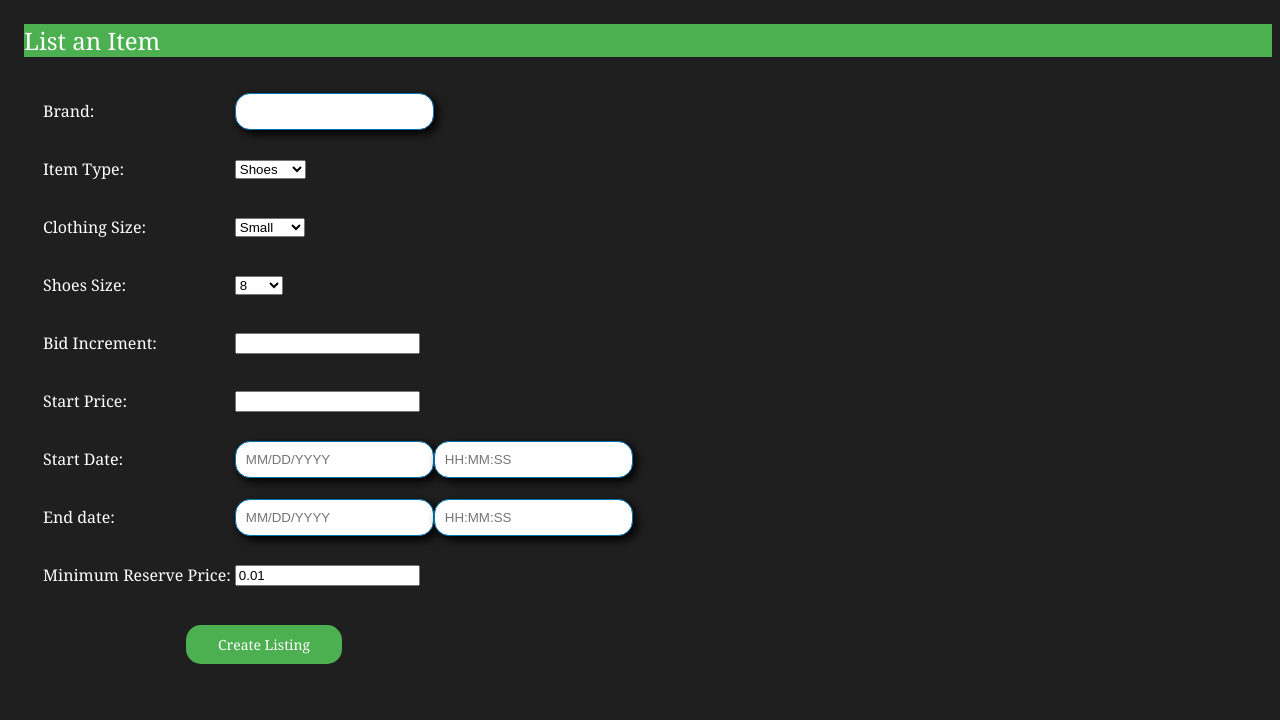
Repository: JephteyAdolphe/auction-system
Page: http://localhost/project/createListing.jsp
These files come from the project's save history. The page is drawn as it stood at one moment and after the next save; the edit follows.
The browser window is 1280 px wide. The pictures show the whole page.
The page is served by Tomcat 10.

Above is the page before, as saved 2021-04-04 12:05:03.

After the next save:
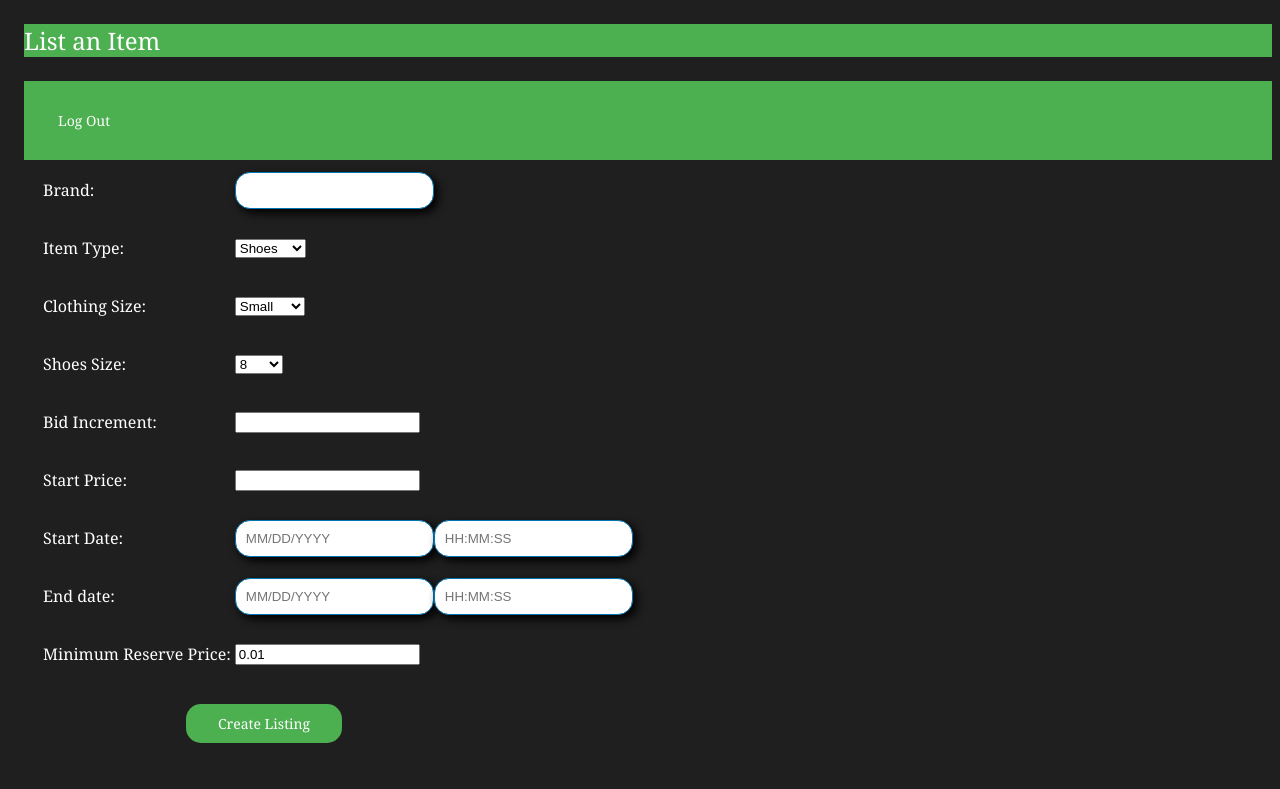
Saved 90 s later.
--- a/project/WebContent/createListing.jsp
+++ b/project/WebContent/createListing.jsp
@@ -18,6 +18,9 @@
 	<p style="font-family:georgia,garamond,serif;font-size:24px;font-style:bold;color:white;">
          List an Item
       </p>
+	</div>
+	<div class="Login">
+		<form method="get" action="main.jsp"><input type="submit" value="Log Out"></form>
 	</div>
 		<form method="post" id="listing_form" action="auctionServlet">
 		<div class="inputs">
